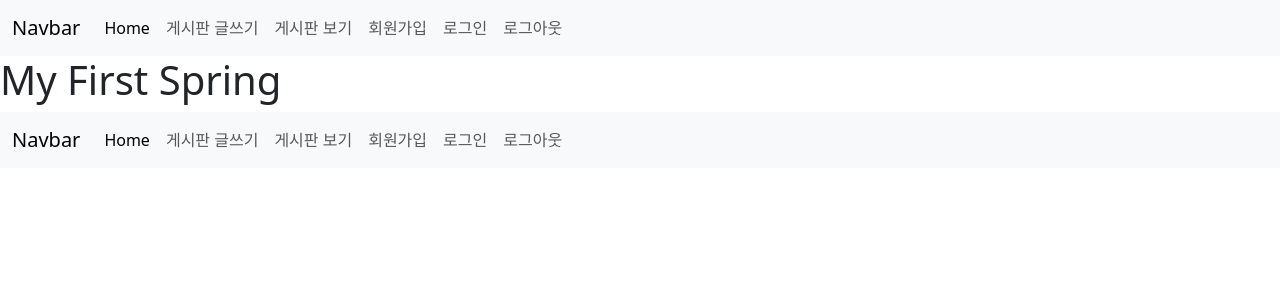
Repository: leegangjin/springTest240430
Page: http://localhost/spring_study/WEB-INF/views/index.jsp
These files come from the project's save history. The page is drawn as it stood at one moment and after the next save; the edit follows.
The browser window is 1280 px wide. The pictures show the whole page.
The page is served by Tomcat 9. Nobody is signed in. The template is opened directly, without the code that normally fills it, so the values that code supplies are empty.

Above is the page before, as saved 2024-04-23 08:54:37.

After the next save:
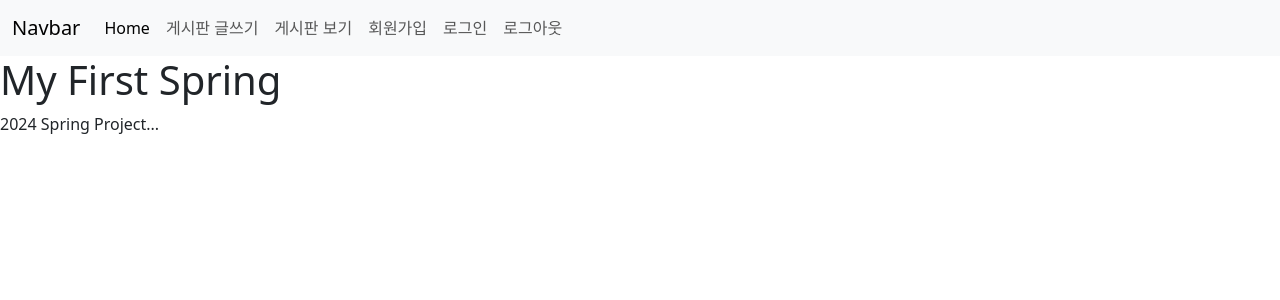
Saved 8 s later.
--- a/spring_study/src/main/webapp/WEB-INF/views/index.jsp
+++ b/spring_study/src/main/webapp/WEB-INF/views/index.jsp
@@ -9,4 +9,4 @@ pageEncoding="UTF-8" %>
 My First Spring
 </h1>
 
-<jsp:include page="layout/header.jsp"></jsp:include>
+<jsp:include page="layout/footer.jsp"></jsp:include>
